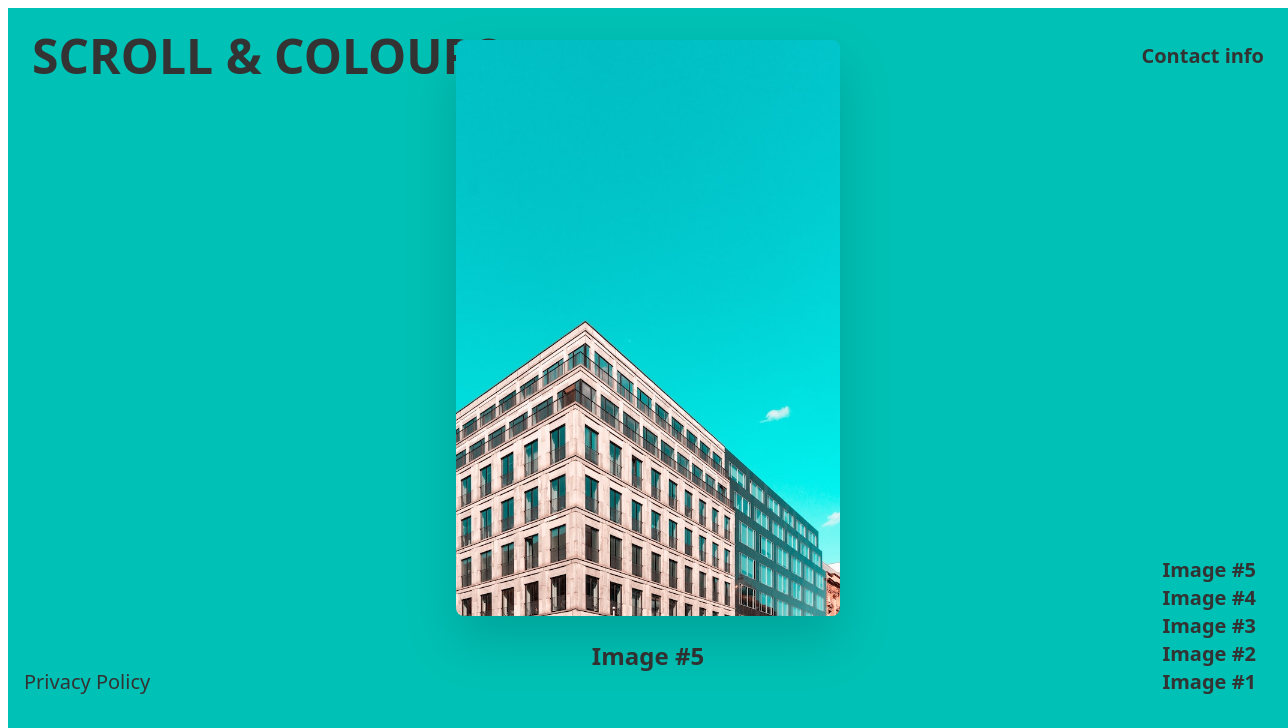
Repository: chelle-c/smooth-scroll-colours
Page: /
An editor plug-in stored every save of this project. The page is shown before and after the next save, followed by the edit.
The browser window is 1280 px wide. The page is 1288 px wide, so the pictures cover 1288 px, including what lies to the right of the window. The pictures show the whole page.
An inner scrolling area shows only its first screen. The project was rebuilt for these pictures with package versions that can differ from the ones it lists, and the page was loaded fresh each time. Imported but missing from the stored project, and not drawn on this page: images.

Above is the page before, as saved 2022-09-27 19:05:29.

### src/App.svelte
<script>
	import '/images/';
	import { fade } from 'svelte/transition';

	let sections = [
		{ id: 1, image: 'red', alt: '', colour: '#00c1b5' },
		{ id: 2, image: 'blue', alt: '', colour: '#ff651a' },
		{ id: 3, image: 'yellow', alt: '', colour: '#ffbe00' },
		{ id: 4, image: 'orange', alt: '', colour: '#1d3fbb' },
		{ id: 5, image: 'turquoise', alt: '', colour: '#e30512' },
	];

	const colours = sections.filter(section => section.colour);

	let y;
	let backgroundColour = '#00c1b5';

	let setColour = () => {
		let colour;
		for (let index = 0; index < sections.length; index++) {
			(outerHeight * index) <= y < (outerHeight * (index + 1))
				? (colour = colours[index])
				: 'blueviolet';
		console.log((outerHeight * index), (outerHeight * (index + 1)));
		}
		backgroundColour = colour;
	};
</script>

<main
	class="min-w-full min-h-screen flex flex-col scrollsnap-container scroll-smooth z-10"
	on:scroll={setColour}
>
	<div
		class="page-bg min-w-full min-h-screen z-0 absolute"
		style="--background: {backgroundColour}"
	/>

	<div
		class="min-w-full p-6 flex flex-row justify-between items-center z-100 fixed"
	>
		<div>
			<h1 class="font-sans font-bold text-5xl uppercase">
				Scroll & Colours
			</h1>
		</div>
		<div class="font-sans font-bold text-xl">Contact info</div>
	</div>

	{#each [...sections].reverse() as { id, image, alt, colour }}
		<section
			id="section{id}"
			class="flex flex-col justify-center items-center min-w-full min-h-screen justify-center items-center transition-colors snap-always snap-center"
		>
			<div
				id="background"
				class="min-w-full min-h-screen z-0 fixed"
			/>
			<div in:fade class="drop-shadow-2xl">
				<img
					class="w-96 rounded-lg"
					src="/images/image-{image}.jpg"
					{alt}
				/>
			</div>
			<h3 class="font-sans font-bold text-2xl p-6">Image #{id}</h3>
		</section>
	{/each}

	<div
		class="min-w-full p-6 flex flex-row justify-between items-end z-100 fixed bottom-0 left-0 pointer-events-none"
	>
		<div class="font-sans text-xl pointer-events-auto">Privacy Policy</div>
		<div class="font-sans font-semibold text-xl pointer-events-auto">
			<ul>
				<li><a href="#section5">Image #5</a></li>
				<li><a href="#section4">Image #4</a></li>
				<li><a href="#section3">Image #3</a></li>
				<li><a href="#section2">Image #2</a></li>
				<li><a href="#section1">Image #1</a></li>
			</ul>
		</div>
	</div>
</main>

<style global lang="postcss">
	@tailwind base;
	@tailwind components;
	@tailwind utilities;

	:global(body) {
		margin: 0;
		padding: 0;
		overflow: hidden;
	}

	a,
	a:visited {
		color: inherit;
	}

	section {
		display: flex;
		justify-content: center;
		align-items: center;
		width: 100vw;
		height: 100vh;
		scroll-snap-align: start;
		position: relative;
		background: inherit;
		transition: background-color 1s linear;
	}

	.scrollsnap-container {
		max-height: 100vh;
		overflow-x: hidden;
		overflow-y: scroll;
		scroll-snap-type: mandatory; /* for older browsers */
		scroll-snap-points-y: repeat(100vh); /* for older browsers */
		scroll-snap-type: y mandatory;
		background: transparent;
		scrollbar-width: none;
	}

	.page-bg {
		background: var(--background);
	}
</style>

### tailwind.config.js
/** @type {import('tailwindcss').Config} */
const production = process.env.NODE_ENV !== 'development'
module.exports = {
	future: {
		purgeLayersByDefault: true,
		removeDeprecatedGapUtilities: true,
	},
	purge: {
		content: ['./src/**/*.svelte'],
		enabled: production, // disable purge in dev
	},
	content: [],
	theme: {
		extend: {},
	},
	plugins: [],
};

### public/global.css
html, body {
	position: relative;
	width: 100%;
	height: 100%;
}

body {
	color: #333;
	margin: 0;
	padding: 8px;
	box-sizing: border-box;
	font-family: -apple-system, BlinkMacSystemFont, "Segoe UI", Roboto, Oxygen-Sans, Ubuntu, Cantarell, "Helvetica Neue", sans-serif;
}

a {
	color: rgb(0,100,200);
	text-decoration: none;
}

a:hover {
	text-decoration: underline;
}

a:visited {
	color: rgb(0,80,160);
}

label {
	display: block;
}

input, button, select, textarea {
	font-family: inherit;
	font-size: inherit;
	-webkit-padding: 0.4em 0;
	padding: 0.4em;
	margin: 0 0 0.5em 0;
	box-sizing: border-box;
	border: 1px solid #ccc;
	border-radius: 2px;
}

input:disabled {
	color: #ccc;
}

button {
	color: #333;
	background-color: #f4f4f4;
	outline: none;
}

button:disabled {
	color: #999;
}

button:not(:disabled):active {
	background-color: #ddd;
}

button:focus {
	border-color: #666;
}

Loaded but not shown: public/index.html (common file); src/main.js (common file)

After the next save:
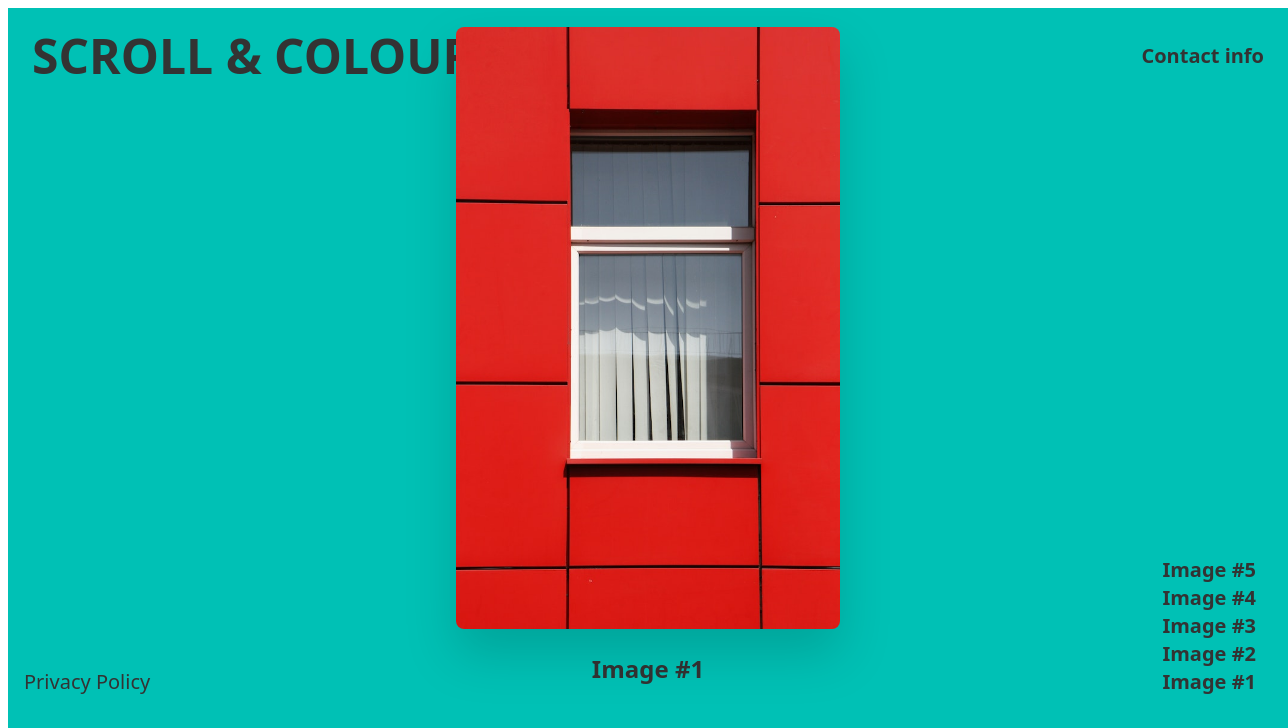
Saved 9 s later.
--- a/src/App.svelte
+++ b/src/App.svelte
@@ -47,7 +47,7 @@
 		<div class="font-sans font-bold text-xl">Contact info</div>
 	</div>
 
-	{#each [...sections].reverse() as { id, image, alt, colour }}
+	{#each [...sections] as { id, image, alt, colour }}
 		<section
 			id="section{id}"
 			class="flex flex-col justify-center items-center min-w-full min-h-screen justify-center items-center transition-colors snap-always snap-center"

After the save that followed:
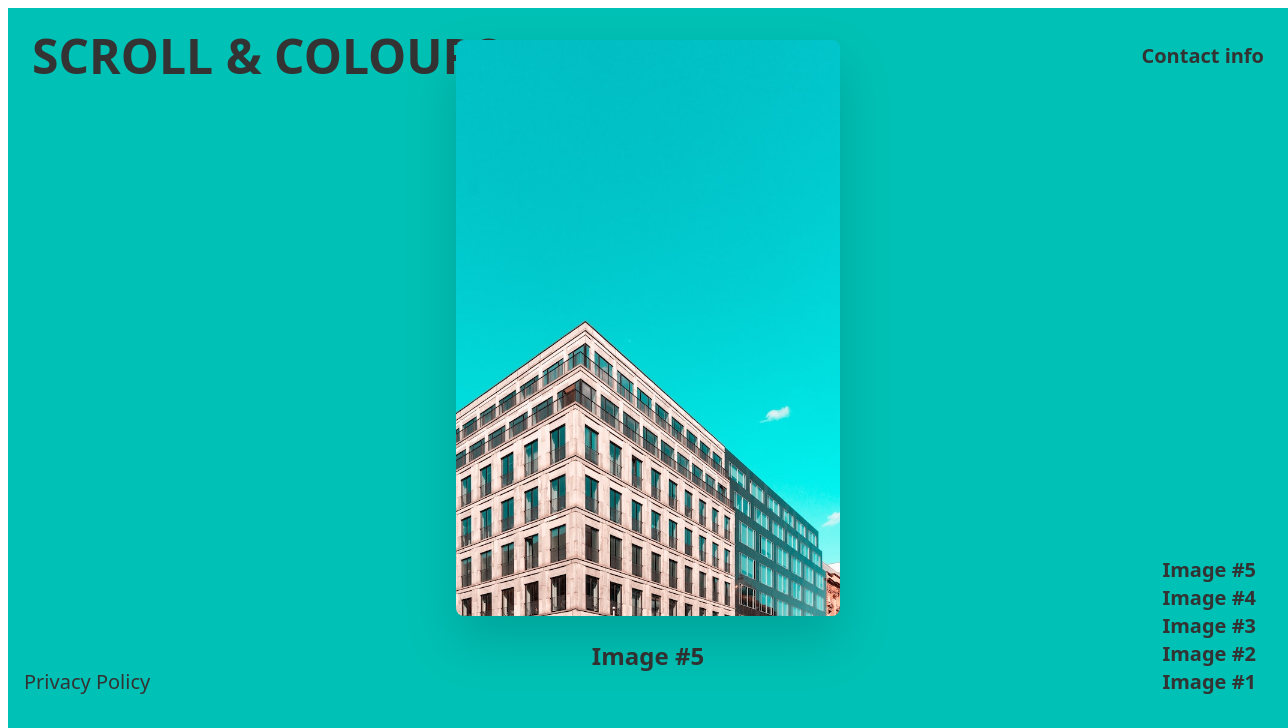
Saved 19 s later.
--- a/src/App.svelte
+++ b/src/App.svelte
@@ -47,7 +47,7 @@
 		<div class="font-sans font-bold text-xl">Contact info</div>
 	</div>
 
-	{#each [...sections] as { id, image, alt, colour }}
+	{#each [...sections].reverse() as { id, image, alt, colour }}
 		<section
 			id="section{id}"
 			class="flex flex-col justify-center items-center min-w-full min-h-screen justify-center items-center transition-colors snap-always snap-center"
